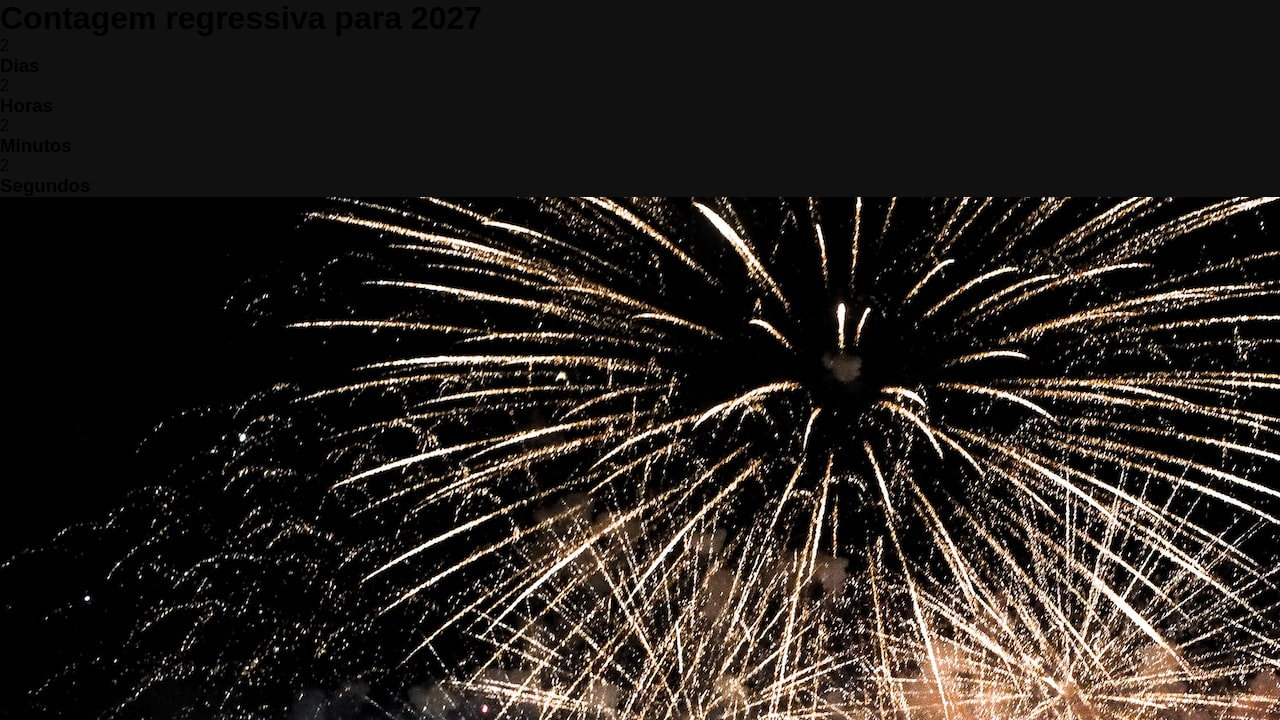
Repository: Bitroia/countdown_timer
Page: / (app in countdown/)
An editor plug-in stored every save of this project. The page is shown before and after a run of saves, followed by the edit.
The browser window is 1280 px wide. The pictures show the whole page.
The project was rebuilt for these pictures with package versions that can differ from the ones it lists, and the page was loaded fresh each time. Also part of the build but not shown: countdown/vite.config.js.

Above is the page before, as saved 2026-07-07 19:04:01.

### countdown/index.html
<!doctype html>
<html lang="en">
  <head>
    <meta charset="UTF-8" />
    <link rel="icon" type="image/svg+xml" href="/favicon.svg" />
    <meta name="viewport" content="width=device-width, initial-scale=1.0" />
    <title>countdown</title>
  </head>
  <body>
    <div id="root"></div>
    <script type="module" src="/src/main.jsx"></script>
  </body>
</html>

### countdown/src/index.css
* {
  margin: 0;
  padding: 0;
  font-family: Arial, Helvetica, sans-serif;
  background-color: #111;
}

body {
  min-height: 100vh;
}

### countdown/src/App.jsx
import "./App.css";
import Title from "./components/Title";
import Counter from "./components/Counter";
import NewYear from "./assets/newyear.jpg";

function App() {
  return (

    <div className="app" style={{ backgroundImage: `url(${NewYear})` }}>
      <div className="container">
        <Title title="Contagem regressiva para 2027" />
        <div className="countdown-container">
          <Counter title="Dias" number={2} />
          <Counter title="Horas" number={2} />
          <Counter title="Minutos" number={2} />
          <Counter title="Segundos" number={2} />
        </div>
      </div>
    </div>
  );
}

export default App;

### countdown/src/App.css
.app {
  min-height: 100vh;
  backgg
}

### countdown/src/components/Title.jsx
import React from 'react'

const Title = ({title}) => {
  return (
    <h1>{title}</h1>
  )
}

export default Title

### countdown/src/components/Counter.jsx
import React from "react";

const Counter = ({ title, number }) => {
  return (
    <div className="counter">
      <p className="counter-number">{number}</p>
      <h3 className="counter-text">{title}</h3>
    </div>
  );
};

export default Counter;

Loaded but not shown: countdown/src/main.jsx (common file)

After the next 2 saves:
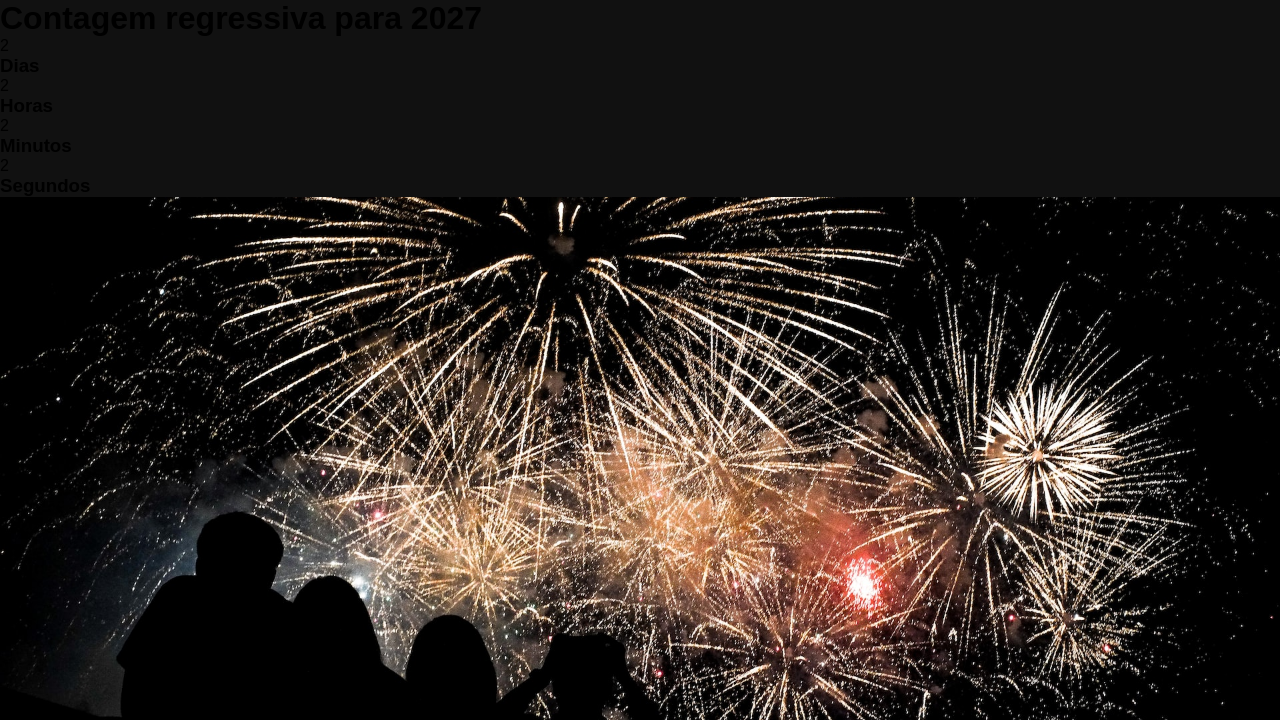
The 2 saves are shown as one change because they came seconds apart.
The last was saved 9 s later.
--- a/countdown/src/App.css
+++ b/countdown/src/App.css
@@ -1,4 +1,4 @@
 .app {
   min-height: 100vh;
-  backgg
+  background-size: cover;
 }
